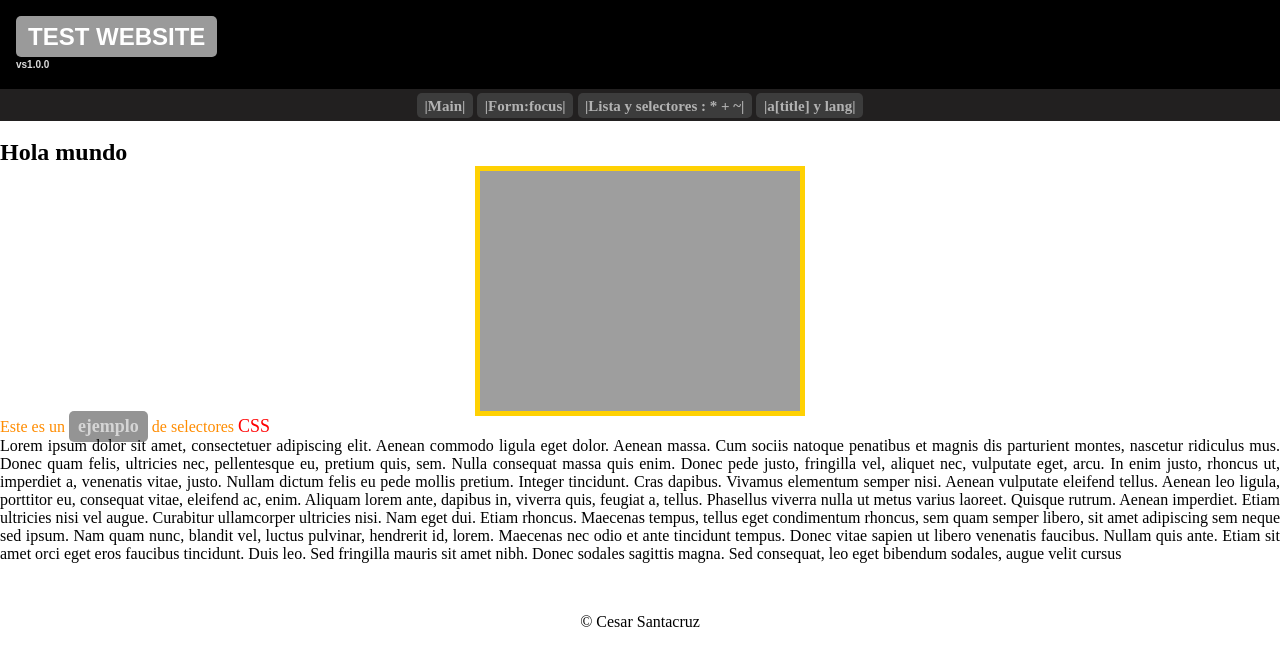
Repository: cesarsant0203/My_Study
Page: Introducción al desarrollo web/My Page 1/1.index.html
These files come from the project's save history. The page is drawn as it stood at one moment and after the next save; the edit follows.
The browser window is 1280 px wide. The pictures show the whole page.
Pictures or frames that could not be fetched are drawn as grey boxes.

Above is the page before, as saved 2020-04-29 18:31:35.

After the next save:
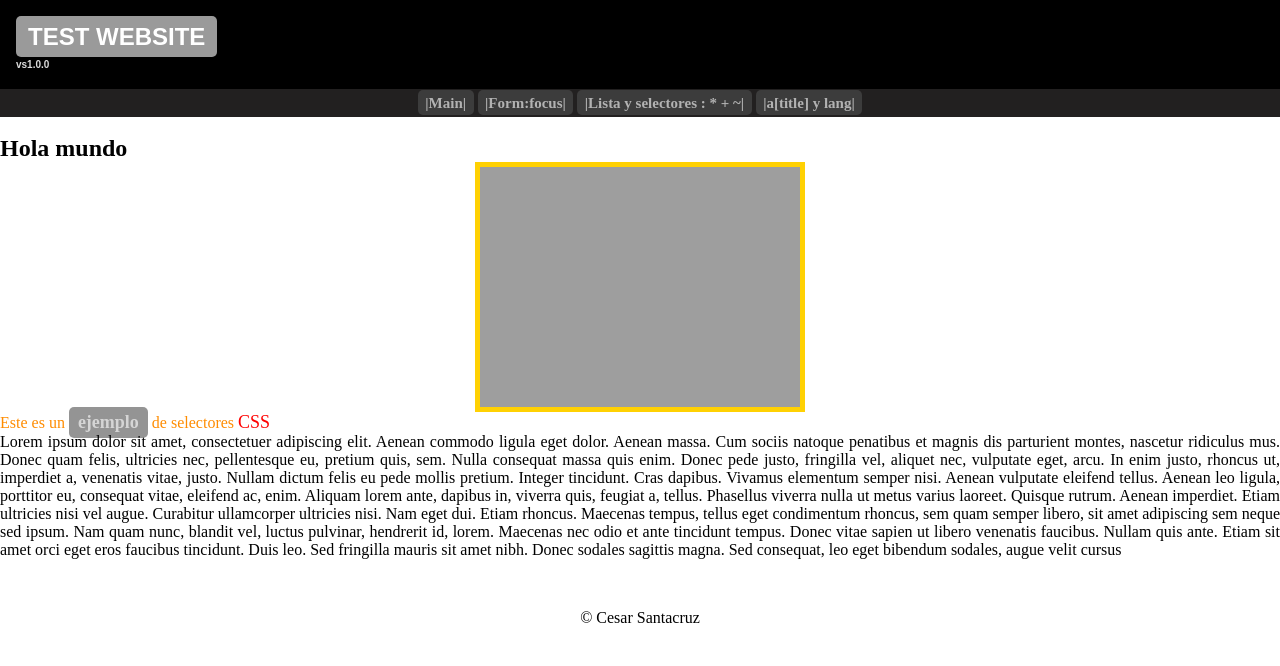
Saved 15 s later.
--- a/Introducción al desarrollo web/My Page 1/1.index.html
+++ b/Introducción al desarrollo web/My Page 1/1.index.html
@@ -13,7 +13,7 @@
             </h1>
         <h4>vs1.0.0</h4>
     </header>
-        <section id="mySection" class="box">
+        <section id="index" class="box">
             <nav>
                 <a href="1.index.html">|Main|</a>
                 <a href="2.posts.html">|Form:focus|</a>
